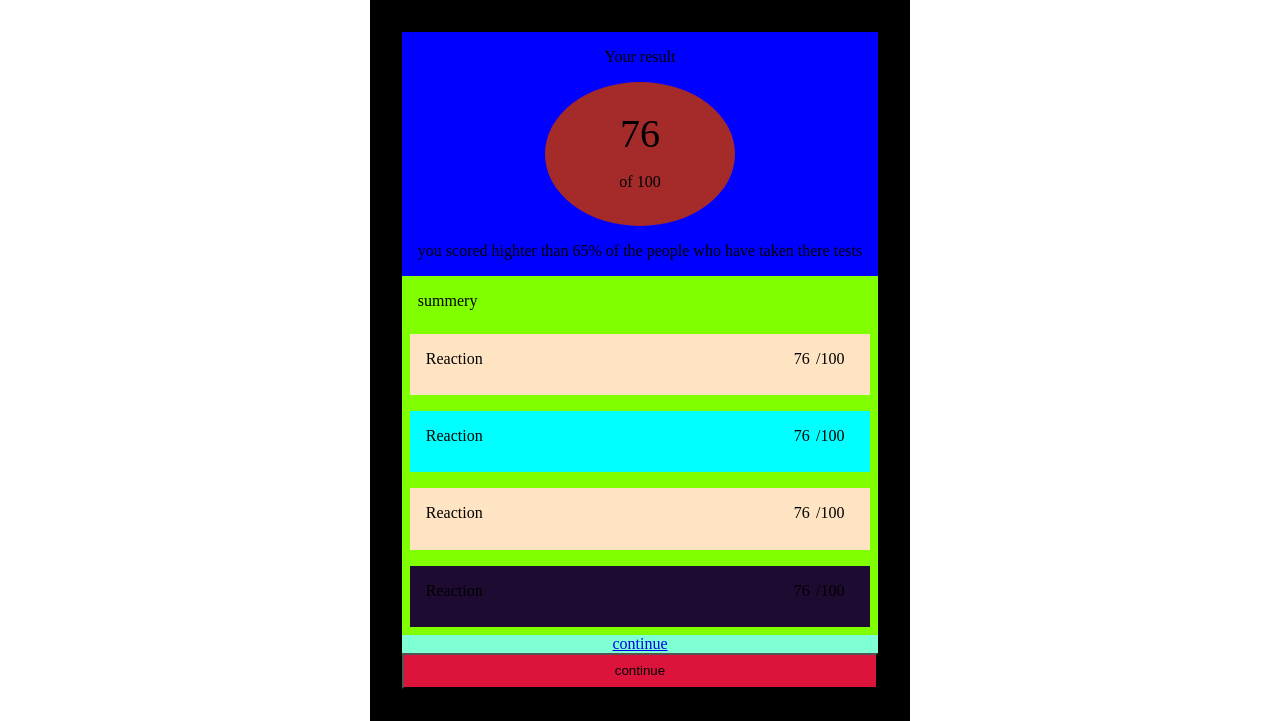
Repository: rahanwz/Card2-raha
Page: card2.html
An editor plug-in stored every save of this project. The page is shown before and after the next save, followed by the edit.
The browser window is 1280 px wide. The pictures show the whole page.

Above is the page before, as saved 2024-02-20 16:48:07.

### card2.html
<!DOCTYPE html>
<html lang="en">
  <head>
    <meta charset="UTF-8" />
    <meta name="viewport" content="width=device-width, initial-scale=1.0" />
    <title>Document</title>
    <link rel="stylesheet" href="card2.css" />
  </head>
  <body>
    <div class="container">
      <div class="card_container">
        <div class="top_card">
          <p>Your result</p>
          <div class="present">
            <p>76</p>
            <p>of 100</p>
          </div>
          <p class="describ">
            you scored highter than 65% of the people who have taken there tests
          </p>
        </div>
        <div class="bottom_card">
          <p>summery</p>
          <div class="box box1">
            <p>Reaction</p>
            <div class="number">
              <p>
                <span style="width: 50%; padding: 1rem; margin-top: -1rem"
                  >76</span
                ><span>/</span>100
              </p>
            </div>
          </div>
          <div class="box box2">
            <p>Reaction</p>
            <div class="number">
              <p>
                <span style="width: 50%; padding: 1rem; margin-top: -1rem"
                  >76</span
                ><span>/</span>100
              </p>
            </div>
          </div>

          <div class="box box1">
            <p>Reaction</p>
            <div class="number">
              <p>
                <span style="width: 50%; padding: 1rem; margin-top: -1rem"
                  >76</span
                ><span>/</span>100
              </p>
            </div>
          </div>
          <div class="box box3">
            <p>Reaction</p>
            <div class="number">
              <p>
                <span style="width: 50%; padding: 1rem; margin-top: -1rem"
                  >76</span
                ><span>/</span>100
              </p>
            </div>
          </div>
        </div>
        <div class="box5">
        <a href="#">continue</a>
        <button>continue</button>
        </div>
      </div>
    </div>
  </body>
</html>

### card2.css
* {
  padding: 0;
  margin: 0;
  box-sizing: border-box;
}
body {
  display: flex;
  justify-content: center;
}
.container {
  background-color: black;
  padding: 2rem;
}
.card_container {
  background-color: aquamarine;
}
.card_container {
  text-align: center;
}

.top_card :first-child {
  padding: 1rem;
}
.present :first-child {
  font-size: 2.5rem;
  padding-top: 1.75rem;
}

.present {
  background-color: #f57d1f;
  height: 20vh;
  width: 40%;
  border-radius: 100%;
  background-color: brown;
  margin: auto;
}

.describ {
  padding: 1rem;
}

.top_card {
  background-color: blue;
}

.bottom_card :first-child {
  padding:1rem 1rem;
  display: flex;
}

.bottom_card {
  background-color: chartreuse;
}

.bottom_card .box {
  display: flex;
  padding: 0.5rem;
}

.box1 p {
  background-color: bisque;
  width: 100%;
  height: 8.5vh;
}

.box2 p {
  background-color: cyan;
  width: 100%;
  height: 8.5vh;
}
.box3 p {
  background-color: rgb(30, 11, 50);
  width: 100%;
  height: 8.5vh;
}
.box4 p {
  background-color: rgb(255, 70, 2);
  width: 100%;
  height: 8.5vh;
}

.number {
  display: flex;
}


button{
  width: 100%;
height:5vh;
background-color: crimson;
}

.box{

  display: flex;
}

After the next save:
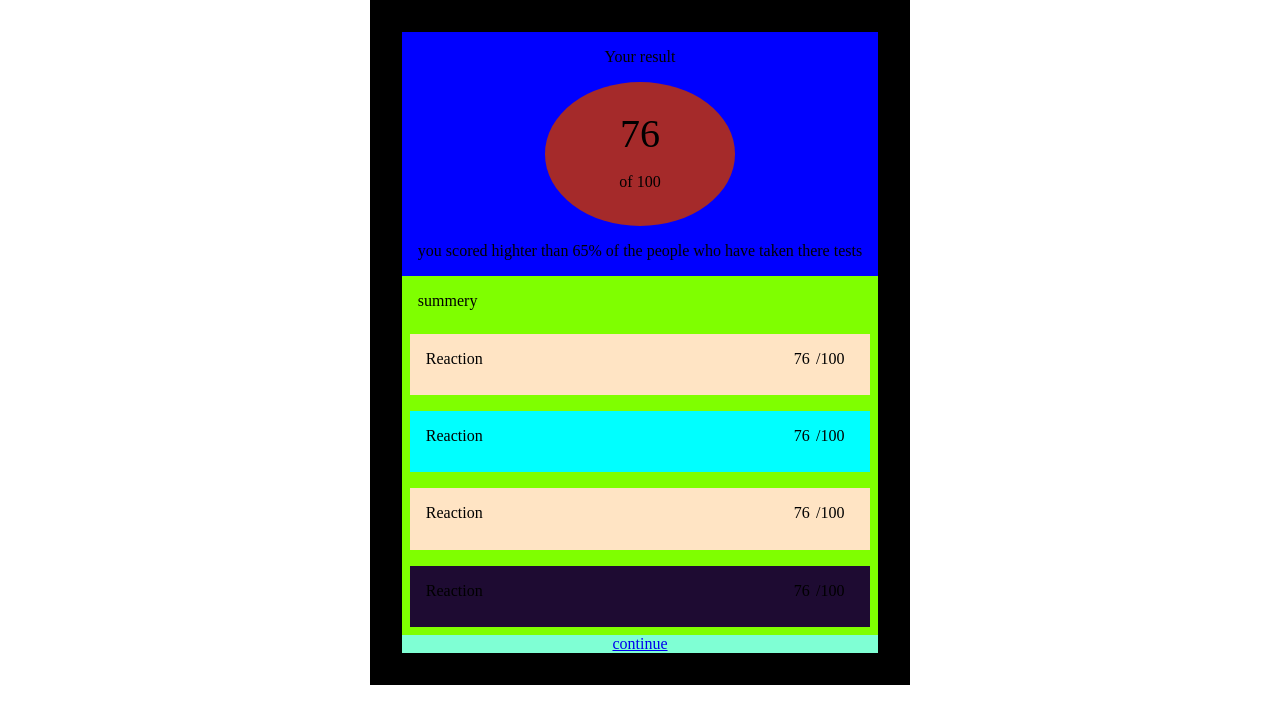
Saved 14 s later.
--- a/card2.html
+++ b/card2.html
@@ -65,7 +65,6 @@
         </div>
         <div class="box5">
         <a href="#">continue</a>
-        <button>continue</button>
         </div>
       </div>
     </div>
